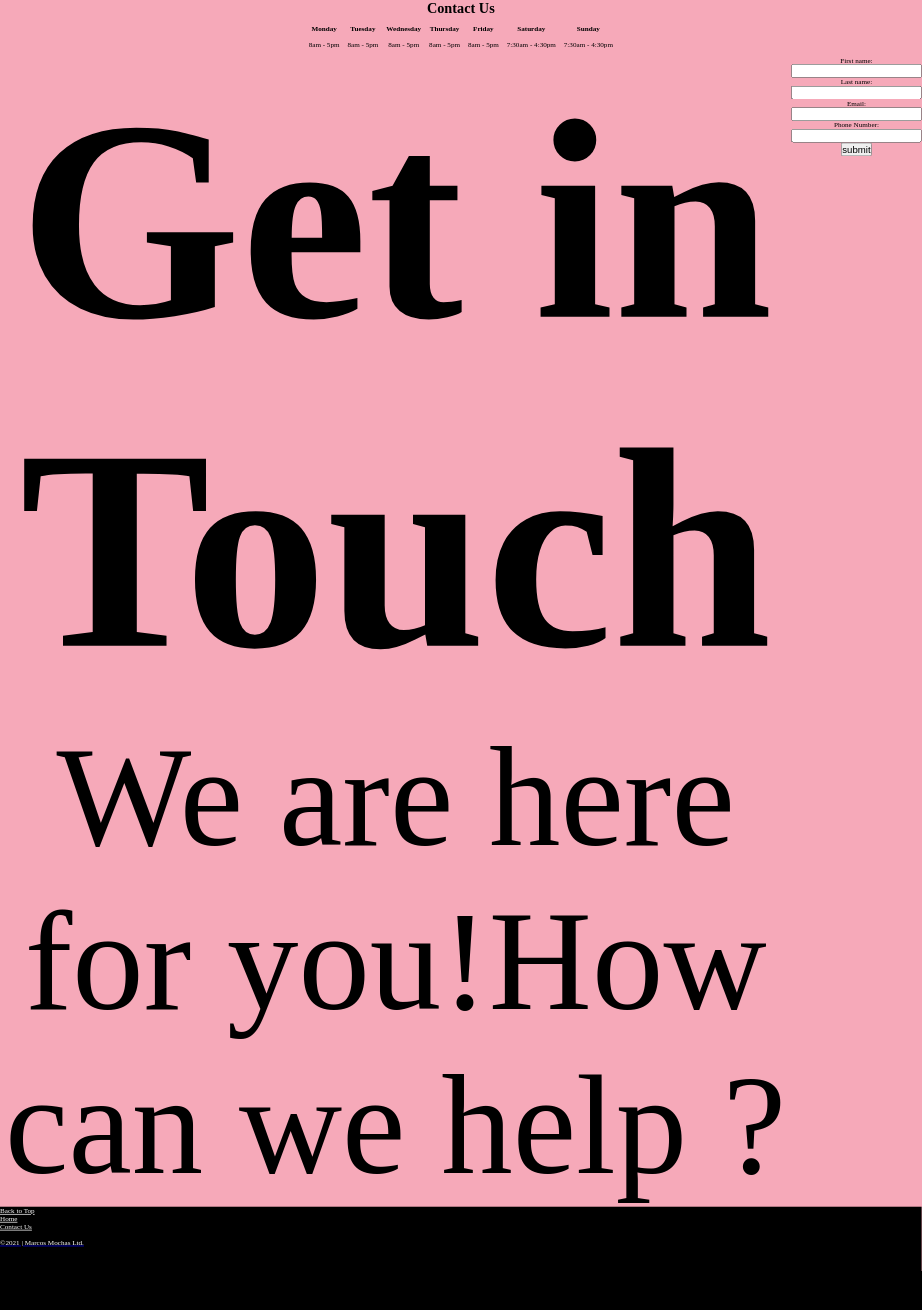
Repository: CAMPSLOPY/marcos-mochas
Page: HTML/contact.html
The author's editor kept a copy of each file at every save. The page is drawn from the files as they stood at one save, then again after the next save.
The browser window is 1280 px wide. The pictures show the whole page, at 72% of full size.

Above is the page before, as saved 2021-07-02 18:11:32.

### HTML/contact.html
<!DOCTYPE html>
<html lang="en">
<head>
    <meta charset="UTF-8">
    <meta http-equiv="X-UA-Compatible" content="IE=edge">
    <meta name="viewport" content="width=device-width, initial-scale=1.0">
    <meta name="robots" content="index,follow" />
    <meta
      name="description"
      content=""
    />
    <link rel="stylesheet" href="/CSS/contact.css">
    <title>Contact Us</title>
</head>
<body>
    <header >
        <!--page hours title-->
        <h1  class="header-tex">Contact Us</h1>



    <div class="header-table-content">


        <!--Page hours and contact form-->
        <table cellspacing="11">
        <tr>
            <th>Monday</th>
            <th>Tuesday</th>
            <th>Wednesday</th>
            <th>Thursday</th>
            <th>Friday</th>
            <th>Saturday</th>
            <th>Sunday</th>
        </tr>
        <tr>
            <td>8am - 5pm</td>
            <td>8am - 5pm</td>
            <td>8am - 5pm</td>
            <td>8am - 5pm</td>
            <td>8am - 5pm</td>
            <td>7:30am - 4:30pm</td>
            <td>7:30am - 4:30pm</td>
        </tr>
        </table>
    </div>
</header>


<main>
<div class="form-content">
    <div class="form-content-text">
    <h1>Get in Touch</h1>
    <p>We are here for you!How can we help ?</p>
    </div>

        <!--Hours table start here-->

        <!--Form starts here-->
        <!-- i wrapped the form inside a div content so that we can give it freedo
        when styling -->


            <form class="contact-form" action="">


                <div class="form-control">
                    <!--first name input/required-->
                    <label for="fname">First name:</label>
                    <input type="text" id="fname" name="fname" value="" required>
                </div>
               <div class="form-control">
                 <!--last name input/required-->
                 <label for="lname">Last name:</label>
                 <input type="text" id="lname" name="lname" value="" required>
               </div>

               <div class="form-control">
                  <!--email address input/required-->
                  <label for="email">Email:</label><br>
                  <input type="text" id="email" name="Email" value="" required>
               </div>

               <div class="form-control">
                   <!--Phone number input/not required-->
                <label for="Phone">Phone Number:</label>
                <input type="text" id="phone" name="Phone" value="">
               </div>

                <!--Submit button-->
                <button type="submit">submit</button>
                      </form>
        </div>

    </main>

    <!--page navi links & copyright-->
    <footer>
        <div class="contact-footer">
        <ul>
            <!-- IDEA: img / just text for our "logo" -->
            <li><a href="#top">Back to Top</a></li>
            <li><a href="/HTML/Index.html">Home</a></li>
            <li><a href="/HTML/contact.html">Contact Us</la></li>
        </ul>
        </div>
        <br>
        <!--Copyright class -->
        <div class="copyright">
            <p>&copy;2021 | Marcos Mochas Ltd.</p>
        </div>
    </footer>
</body>
</html>

### CSS/contact.css

/* universal styling of the contact page */
* {
    margin: 0;
    padding: 0;
    box-sizing: border-box;
}

body{
    min-height: 100vh;
    background-color: #f38ba0bb;
}

html{
    font-size: 62%;
}

footer{
    min-height: 20vh;
    background-color: black;
}

footer ul li a{
    color: white;
}

header{
    text-align: center;
    min-height: 10vh;

}
.header-table-content{
    display: flex;
    flex-direction: column;
    align-items: center;
    justify-content: center;
}

/* styling the Form */

.form-content{
   text-align: center;
   display: flex;
   min-height: 100vh;
}

.form-content-text{
    font-size: 20rem;
}
/* styling for hours table */

table {

}


/*Footer css code*/

/*The links at the bottom of the footer shouldnt be stacked up and placed at the bottom of the page*/

.contact-footer {

    color: white;
}

.copyright {
    color: white;
}

After the next save:
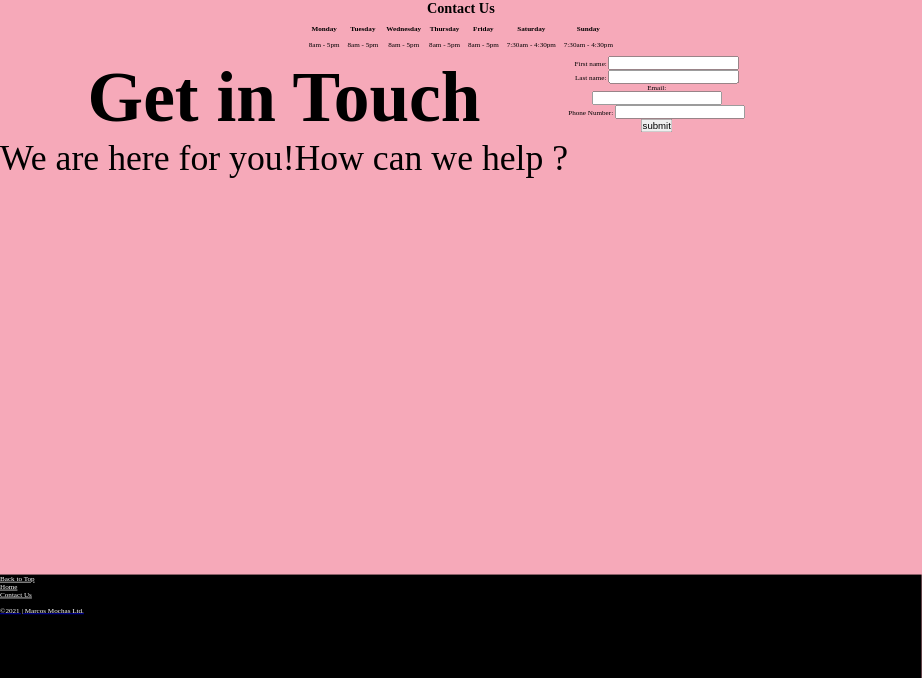
Saved 7 s later.
--- a/CSS/contact.css
+++ b/CSS/contact.css
@@ -45,7 +45,7 @@ header{
 }
 
 .form-content-text{
-    font-size: 20rem;
+    font-size: 5rem;
 }
 /* styling for hours table */
 
